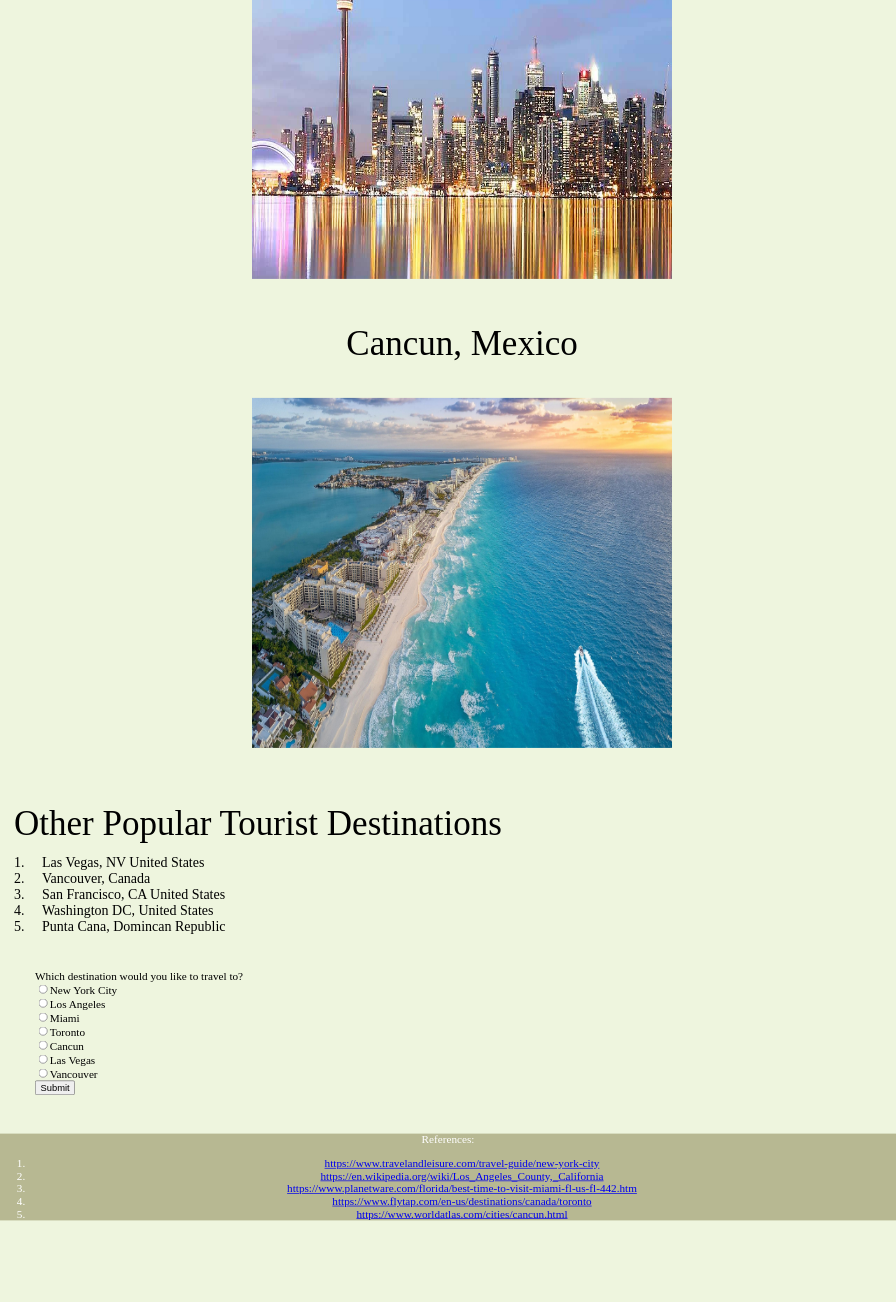
Repository: alharama/StaticWebsite
Page: na_page.html
These files come from the project's save history. The page is drawn as it stood at one moment and after the next save; the edit follows.
The browser window is 1280 px wide. The pictures show the part of the page from y = 2918 to 4838 px (the page is 4778 px tall before and 4838 px after), at 70% of full size.

Above is the page before, as saved 2021-10-07 20:24:03.

After the next save:
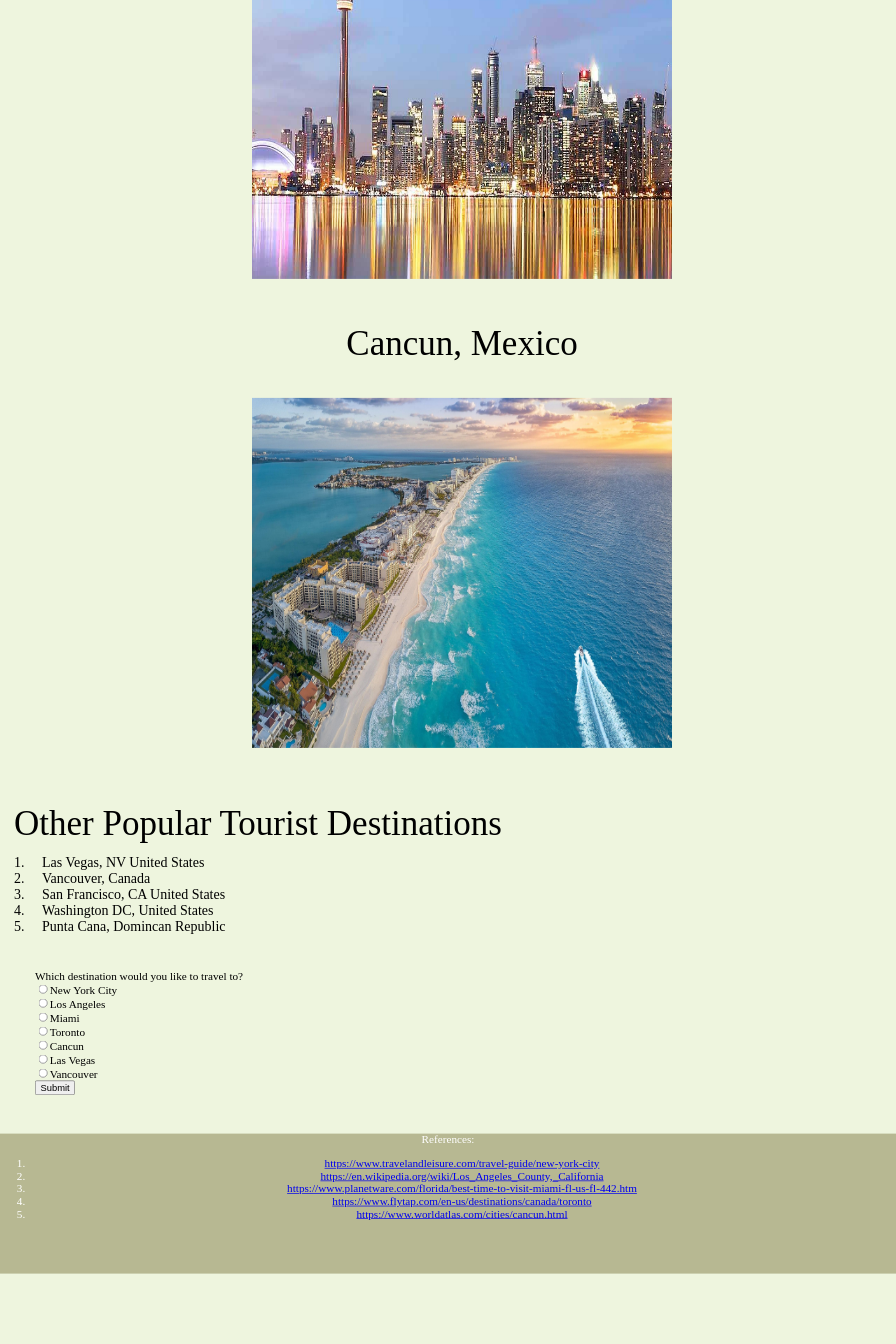
Saved 7 s later.
--- a/CSS/stylesheet.css
+++ b/CSS/stylesheet.css
@@ -101,7 +101,7 @@ footer {
     position: relative;
     bottom: 0;
     width: 100%;
-    height: 100%;
+    height: 200px;
     background-color: rgb(183, 184, 146);
     color: white;
     text-align: center;
